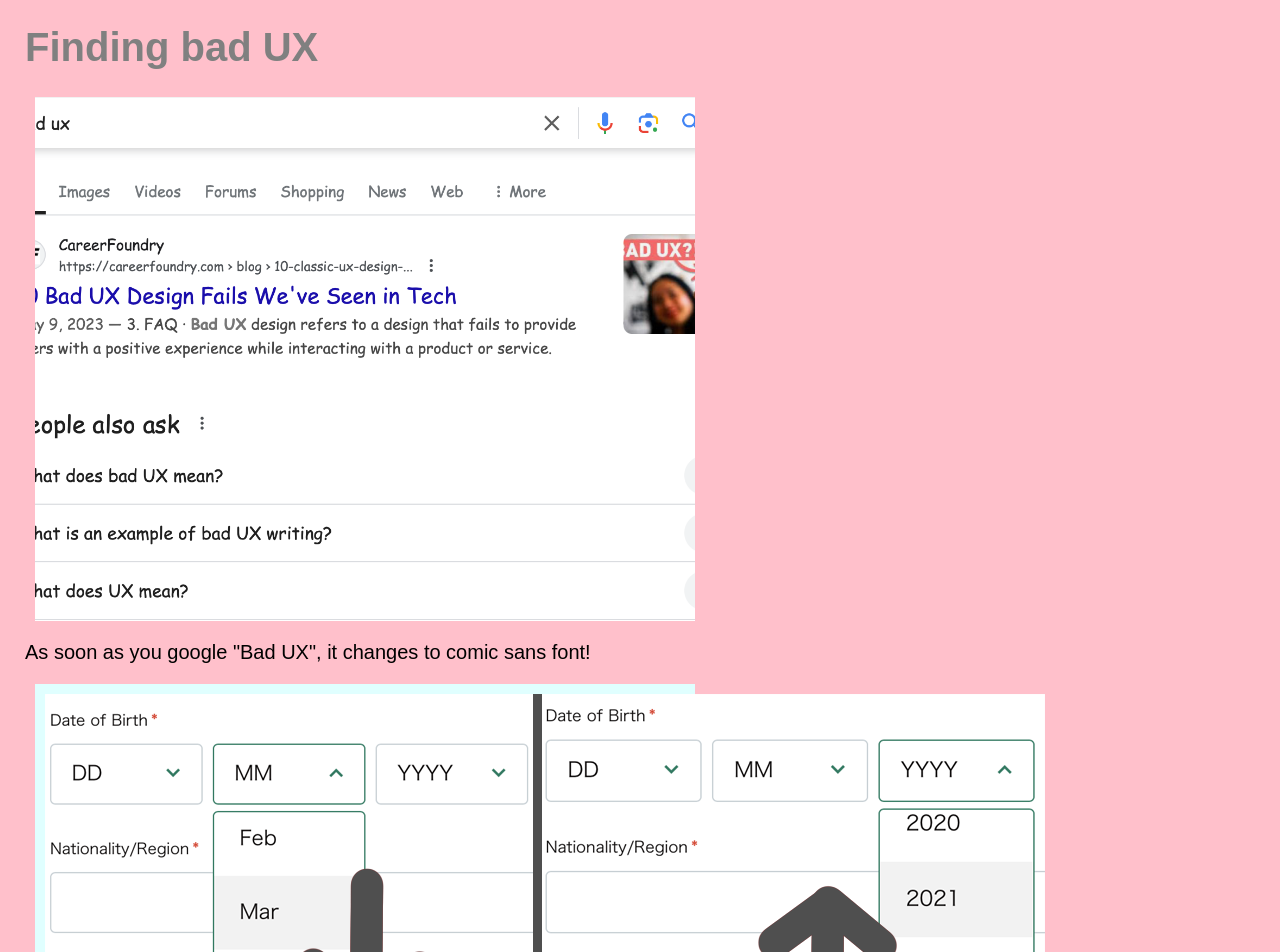
Repository: j1s00jang/MDIA-2109
Page: index.html
An editor plug-in stored every save of this project. The page is shown before and after the next save, followed by the edit.
The browser window is 1280 px wide. The pictures show the part of the page from y = 0 to 952 px (the page is 1777 px tall).
A picture or video elsewhere on the page could not be fetched, so the positions and the page height are approximate.

Above is the page before, as saved 2025-02-24 12:16:05.

After the next save:
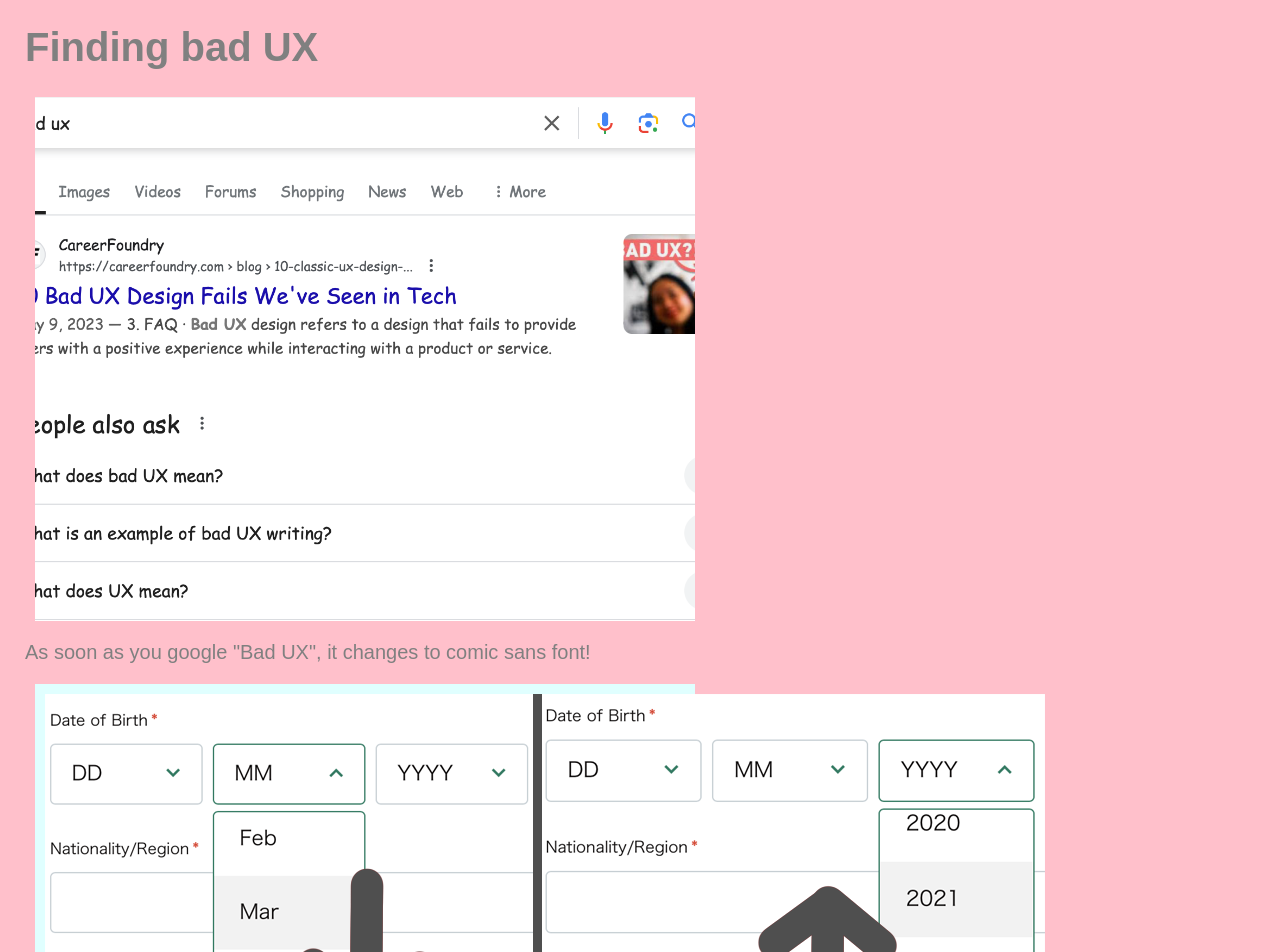
Saved 16 s later.
--- a/css/styles.css
+++ b/css/styles.css
@@ -31,7 +31,6 @@
     background-color: whitesmoke;
     padding: 10px;
     margin: 10px;
-    color: brown;
     font-size: 1.5em;
 }
 
@@ -48,7 +47,7 @@
 
 
 .first_desc {
-    color: black;
+    color: grey;
 }
 
 .second {
